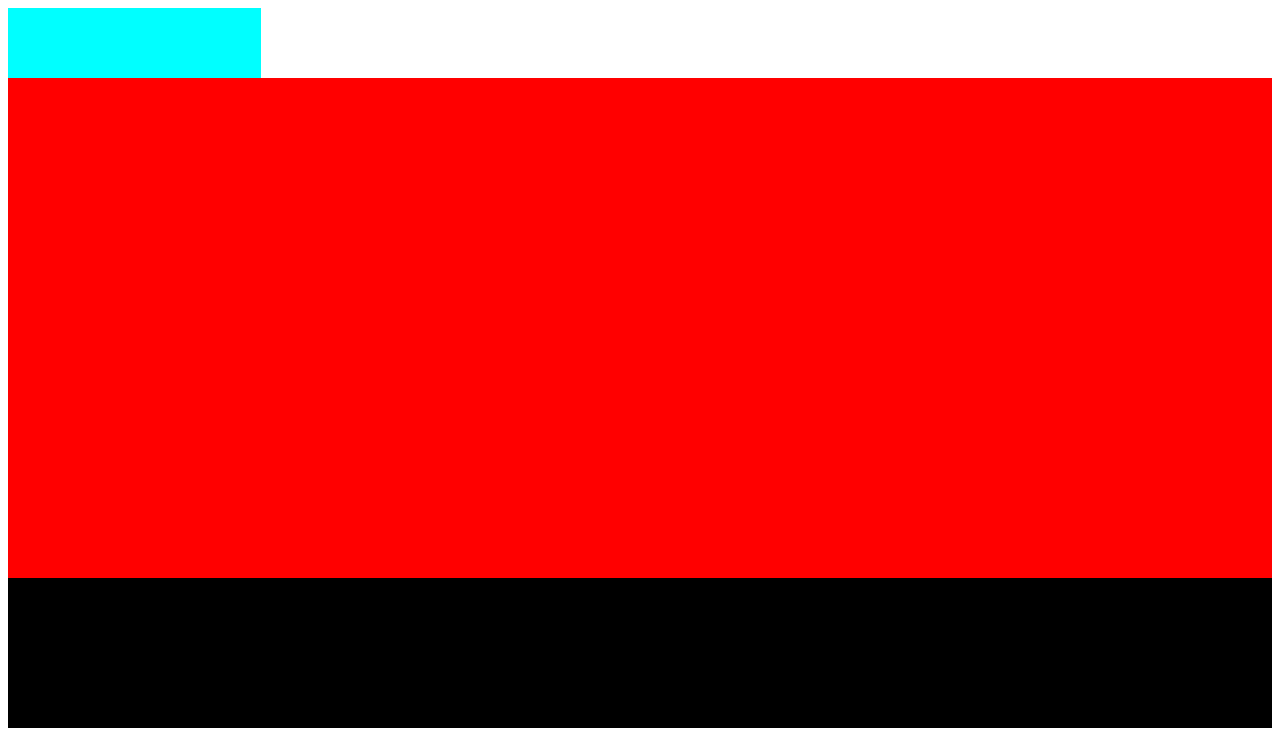
Repository: mireu930/Serverlet_App
Page: src/build/classes/webapp/template/layout.html
An editor plug-in stored every save of this project. The page is shown before and after the next save, followed by the edit.
The browser window is 1280 px wide. The pictures show the whole page.

Above is the page before, as saved 2025-02-07 11:16:26.

After the next save:
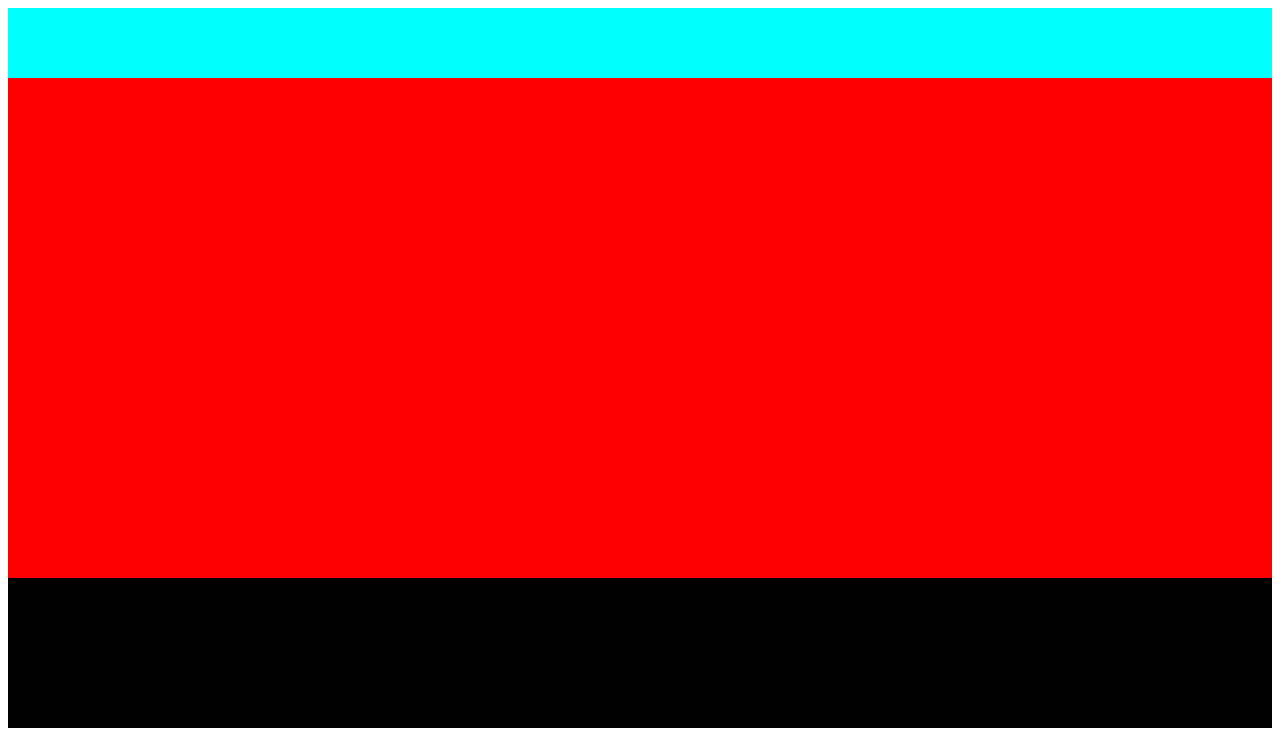
Saved 87 s later.
--- a/src/build/classes/webapp/template/layout.html
+++ b/src/build/classes/webapp/template/layout.html
@@ -15,9 +15,18 @@
   display: flex;
 }
 
+.left {
+  width: 15%;
+  height: 100%;
+
+}
+
+.right {
+  width: 85%;
+  height: 100%;
+}
+
 header:first-child {
-  width: 20%;
-  height: 70px;
   background-color:aqua;
 }
 
